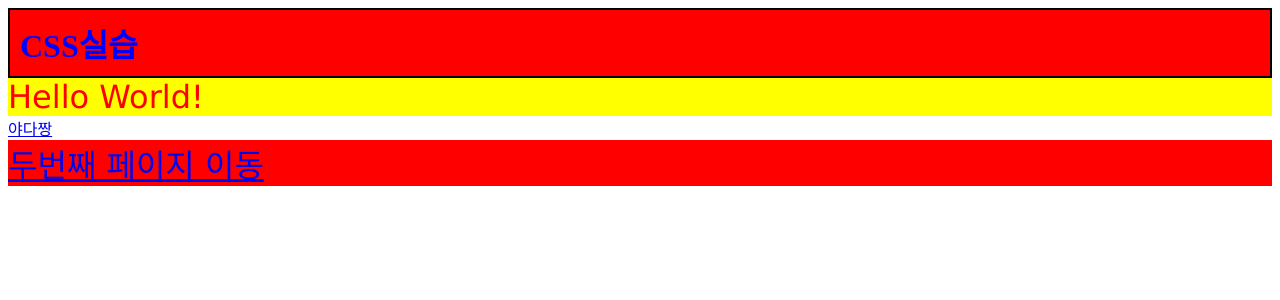
Repository: ashojm/WebWork
Page: Web/first.html
These files come from the project's save history. The page is drawn as it stood at one moment and after the next save; the edit follows.
The browser window is 1280 px wide. The pictures show the whole page.

Above is the page before, as saved 2015-11-12 16:38:36.

After the next save:
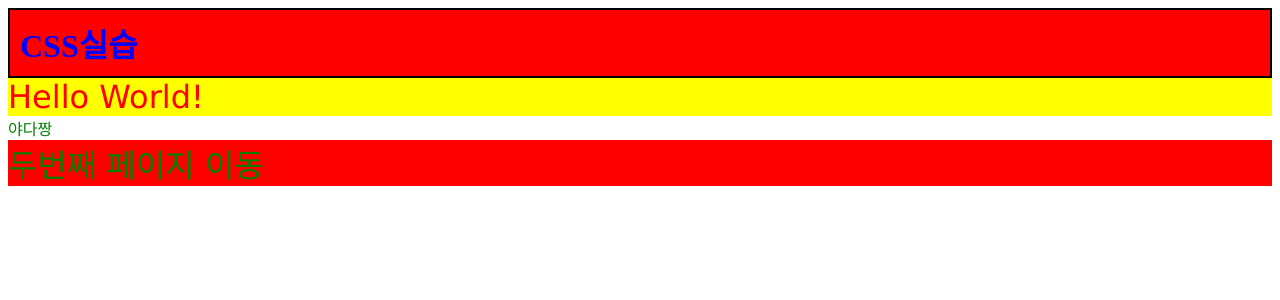
Saved 3 min 2 s later.
--- a/Web/css/base.css
+++ b/Web/css/base.css
@@ -3,3 +3,4 @@ p {color:red;font-size:200%;font-family:Verdana;background-color:yellow;margin:0
 p#yada {color:blue;background-color:red}
 p.yada {color:black;background-color:red}
 p#test{background-color:white;color:black;font-size:100%}
+a:link{color:green;background-color:transparent;text-decoration:none}
